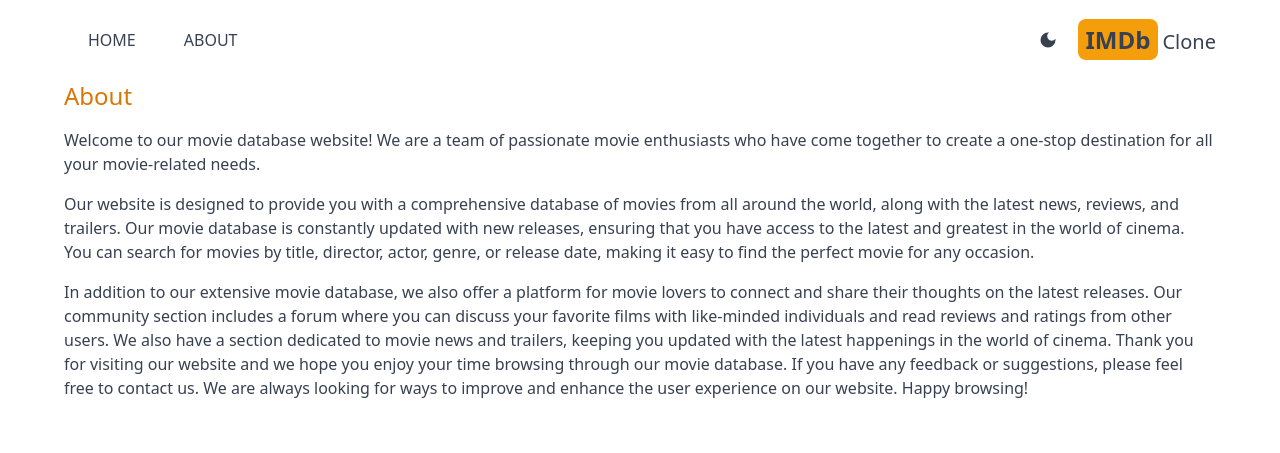
Repository: dnjfht/imdb
Page: /about
The author's editor kept a copy of each file at every save. The page is drawn from the files as they stood at one save, then again after the next save.
The browser window is 1280 px wide. The pictures show the whole page.
The project was rebuilt for these pictures with package versions that can differ from the ones it lists, and the page was loaded fresh each time. The framework's server and built-in components were replaced by stand-ins that run in the browser. Also part of the build but not shown: next.config.js.

Above is the page before, as saved 2023-10-02 12:08:36.

### src/app/layout.js
import Providers from "./Providers";
import Header from "./components/Header";
import "./globals.css";

export const metadata = {
  title: "IMDb Clobe",
  description: "This is the IMDb clone website",
};

export default function RootLayout({ children }) {
  return (
    <html lang="en">
      <head>
        <link rel="icon" href="/favicon.ico" />
      </head>

      <body>
        <Providers>
          {/* Header */}
          <Header />

          {/* Navbar */}

          {/* SearchBox */}

          {children}
        </Providers>
      </body>
    </html>
  );
}

### src/app/about/page.js
export default function About() {
  return (
    <div className="max-w-6xl sm:mx-auto space-y-4">
      <h1 className="text-2xl font-medium text-amber-600">About</h1>

      <p>
        Welcome to our movie database website! We are a team of passionate movie
        enthusiasts who have come together to create a one-stop destination for
        all your movie-related needs.
      </p>

      <p>
        Our website is designed to provide you with a comprehensive database of
        movies from all around the world, along with the latest news, reviews,
        and trailers. Our movie database is constantly updated with new
        releases, ensuring that you have access to the latest and greatest in
        the world of cinema. You can search for movies by title, director,
        actor, genre, or release date, making it easy to find the perfect movie
        for any occasion.
      </p>

      <p>
        In addition to our extensive movie database, we also offer a platform
        for movie lovers to connect and share their thoughts on the latest
        releases. Our community section includes a forum where you can discuss
        your favorite films with like-minded individuals and read reviews and
        ratings from other users. We also have a section dedicated to movie news
        and trailers, keeping you updated with the latest happenings in the
        world of cinema. Thank you for visiting our website and we hope you
        enjoy your time browsing through our movie database. If you have any
        feedback or suggestions, please feel free to contact us. We are always
        looking for ways to improve and enhance the user experience on our
        website. Happy browsing!
      </p>
    </div>
  );
}

### src/app/Providers.jsx
"use client";

import { ThemeProvider } from "next-themes";

export default function Providers({ children }) {
  return (
    <ThemeProvider enableSystem={true} attribute="class">
      <div className="dark:bg-gray-700 dark:text-gray-200 text-gray-700 transition-color duration-300 min-h-screen select-none">
        {children}
      </div>
    </ThemeProvider>
  );
}

### src/app/components/Header.jsx
import Link from "next/link";
import MenuItem from "./MenuItem";

import { AiFillHome } from "react-icons/ai";
import { HiInformationCircle } from "react-icons/hi";
import DarkModeSwitch from "./DarkModeSwitch";

export default function Header() {
  return (
    <div className="flex items-center justify-between mx-2 max-w-6xl sm:mx-auto py-6">
      <div className="flex">
        <MenuItem title="HOME" address="/" Icon={AiFillHome} />
        <MenuItem title="ABOUT" address="/about" Icon={HiInformationCircle} />
      </div>

      <div className="flex items-center space-x-5">
        <DarkModeSwitch />

        <Link href="/">
          <h2 className="text-2xl">
            <span className="font-bold bg-amber-500 py-1 px-2 rounded-lg mr-1">
              IMDb
            </span>
            <span className="text-xl hidden sm:inline">Clone</span>
          </h2>
        </Link>
      </div>
    </div>
  );
}

### src/app/components/MenuItem.jsx
import Link from "next/link";

export default function MenuItem({ title, address, Icon }) {
  return (
    <div>
      <Link href={address} className="mx-4 lg:mx-6 hover:text-amber-600">
        {/* 페이지를 새로 고치지 않고 해당 웹사이트, 해당 URL로 이동. */}
        <Icon className="text-2xl sm:hidden mx-4" />
        <p className="hidden sm:inline my-2 text-small">{title}</p>
      </Link>
    </div>
  );
}

### src/app/components/DarkModeSwitch.jsx
"use client";

import { useTheme } from "next-themes";
import { useEffect, useState } from "react";
import { MdDarkMode } from "react-icons/md";
import { MdLightMode } from "react-icons/md";

export default function DarkModeSwitch() {
  const { systemTheme, theme, setTheme } = useTheme();
  const [mounted, setMounted] = useState(false);

  useEffect(() => setMounted(true), []);

  const currentTheme = theme === "system" ? systemTheme : theme;

  return (
    <>
      {mounted &&
        (currentTheme === "dark" ? (
          <MdLightMode
            className="text-xl cursor-pointer hover:text-amber-500"
            onClick={() => {
              setTheme("light");
            }}
          />
        ) : (
          <MdDarkMode
            className="text-xl cursor-pointer hover:text-amber-500"
            onClick={() => {
              setTheme("dark");
            }}
          />
        ))}
    </>
  );
}

Loaded but not shown: src/app/globals.css (common file); tailwind.config.js (common file)

After the next save:
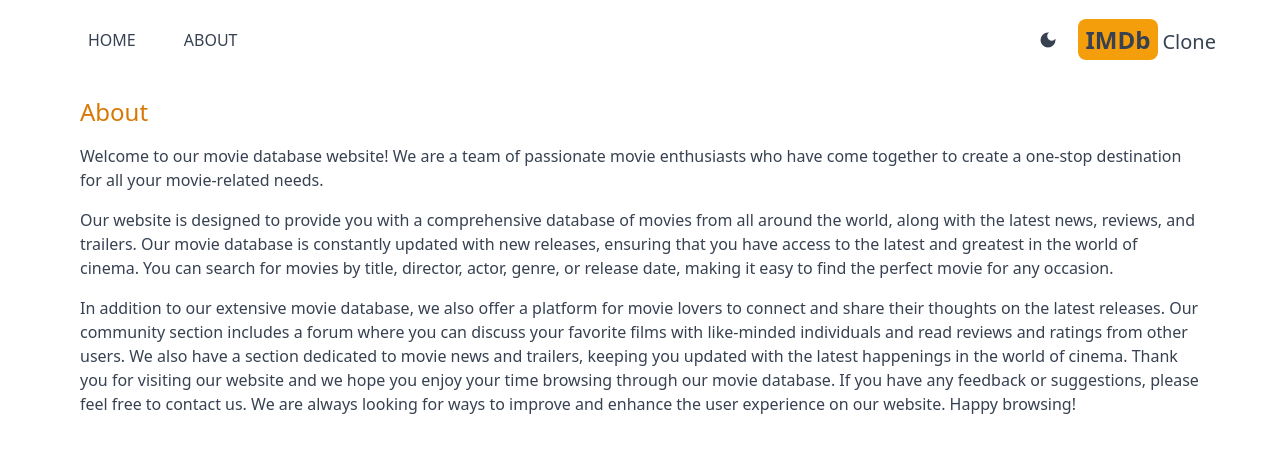
Saved 5 min 11 s later.
--- a/src/app/about/page.js
+++ b/src/app/about/page.js
@@ -1,6 +1,6 @@
 export default function About() {
   return (
-    <div className="max-w-6xl sm:mx-auto space-y-4">
+    <div className="max-w-6xl sm:mx-auto p-4 space-y-4">
       <h1 className="text-2xl font-medium text-amber-600">About</h1>
 
       <p>
